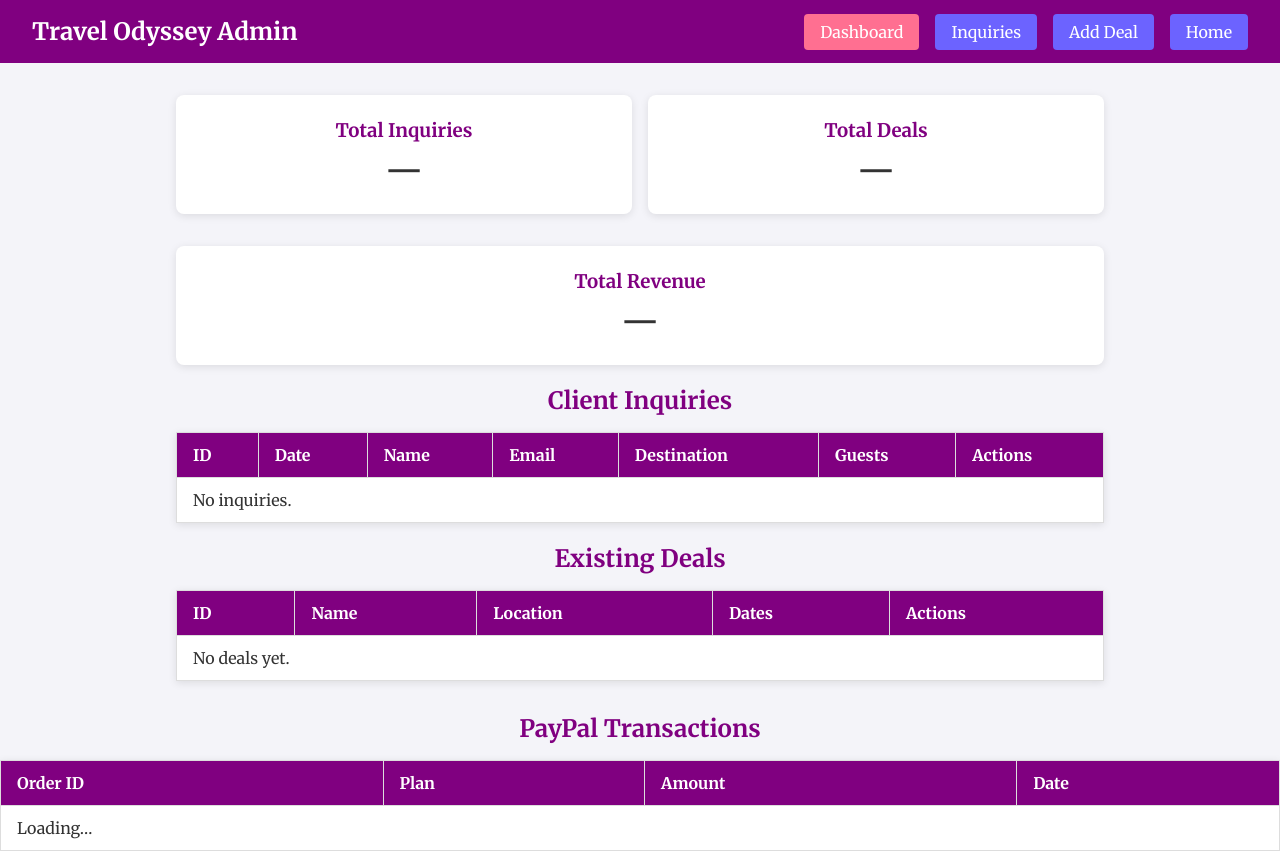
Repository: GHzPhoenix/Project-Odyssey
Page: Frontend/admin.html
These files come from the project's save history. The page is drawn as it stood at one moment and after the next save; the edit follows.
The browser window is 1280 px wide. The pictures show the whole page.
The page's requests for data from a server got no answer.

Above is the page before, as saved 2025-06-13 13:57:47.

### Frontend/admin.html
<!DOCTYPE html>
<html lang="en">
  <head>
    <meta charset="UTF-8" />
    <meta name="viewport" content="width=device-width,initial-scale=1.0" />
    <title>Admin Dashboard – Travel Odyssey</title>
    <link rel="stylesheet" href="/Frontend/css/admin.css" />
    <style>
      .kpi-container {
        display: flex;
        gap: 1rem;
        margin: 2rem 0;
        justify-content: center;
      }
      .kpi-card {
        flex: 1;
        background: white;
        padding: 1.5rem;
        border-radius: 8px;
        box-shadow: 0 2px 8px rgba(0, 0, 0, 0.1);
        text-align: center;
      }
      .kpi-card h3 {
        margin-bottom: 0.5rem;
        color: purple;
      }
      .kpi-card p {
        font-size: 2rem;
        font-weight: bold;
      }
    </style>
  </head>
  <body>
    <header>
      <nav>
        <div class="logo">Travel Odyssey Admin</div>
        <ul>
          <li><a href="admin.html" class="active">Dashboard</a></li>
          <li><a href="inquiries.html">Inquiries</a></li>
          <li><a href="add-deal.html">Add Deal</a></li>
          <li><a href="index.html">Home</a></li>
        </ul>
      </nav>
    </header>

    <main>
      <div class="kpi-container">
        <div class="kpi-card">
          <h3>Total Inquiries</h3>
          <p id="kpi-inquiries">–</p>
        </div>
        <div class="kpi-card">
          <h3>Total Deals</h3>
          <p id="kpi-deals">–</p>
        </div>
      </div>
      <div class="kpi-card">
        <h3>Total Revenue</h3>
        <p id="kpi-revenue">–</p>
      </div>
      <br />
      <h2 class="section">Client Inquiries</h2>
      <table id="inquiries-table">
        <thead>
          <tr>
            <th>ID</th>
            <th>Date</th>
            <th>Name</th>
            <th>Email</th>
            <th>Destination</th>
            <th>Guests</th>
            <th>Actions</th>
          </tr>
        </thead>
        <tbody>
          <tr>
            <td colspan="7">Loading…</td>
          </tr>
        </tbody>
      </table>
      <br />
      <h2 class="section">Existing Deals</h2>
      <table id="deals-table">
        <thead>
          <tr>
            <th>ID</th>
            <th>Name</th>
            <th>Location</th>
            <th>Dates</th>
            <th>Actions</th>
          </tr>
        </thead>
        <tbody>
          <tr>
            <td colspan="5">Loading…</td>
          </tr>
        </tbody>
      </table>
    </main>

    <div id="deal-modal" class="modal-overlay">
      <div class="modal">
        <h2>Edit Deal</h2>
        <form id="modal-form">
          <div class="input-group">
            <label>Name</label>
            <input type="text" name="name" required />
          </div>
          <div class="input-group">
            <label>Location</label>
            <input type="text" name="location" required />
          </div>
          <div class="input-group">
            <label>Activities</label>
            <input type="text" name="activities" required />
          </div>
          <div class="input-group">
            <label>Start Date</label>
            <input type="date" name="start_date" required />
          </div>
          <div class="input-group">
            <label>End Date</label>
            <input type="date" name="end_date" required />
          </div>
          <div class="modal-actions">
            <button type="button" id="modal-cancel">Cancel</button>
            <button type="submit" id="modal-save">Save</button>
          </div>
        </form>
      </div>
    </div>
    <div class="transactions-section">
      <h2 class="section">PayPal Transactions</h2>
      <table id="transactions-table">
        <thead>
          <tr>
            <th>Order ID</th>
            <th>Plan</th>
            <th>Amount</th>
            <th>Date</th>
          </tr>
        </thead>
        <tbody>
          <tr>
            <td colspan="4">Loading…</td>
          </tr>
        </tbody>
      </table>
    </div>

    <script>
      const token = localStorage.getItem("token") || "";
      let inquiries = [],
        deals = [];

      async function fetchJSON(url, opts = {}) {
        opts.headers = {
          ...(opts.headers || {}),
          "Content-Type": "application/json",
          Authorization: "Bearer " + token,
        };
        const res = await fetch(url, opts);
        if (!res.ok) throw await res.json();
        return res.json();
      }

      async function loadDashboard() {
        try {
          inquiries = await fetchJSON("http://127.0.0.1:5001/api/inquiries");
          document.getElementById("kpi-inquiries").textContent =
            inquiries.length;
        } catch {
          document.getElementById("kpi-inquiries").textContent = "—";
        }
        try {
          deals = await fetchJSON("http://127.0.0.1:5001/api/deals");
          document.getElementById("kpi-deals").textContent = deals.length;
        } catch {
          document.getElementById("kpi-deals").textContent = "—";
        }
        try {
          const txns = await fetchJSON(
            "http://127.0.0.1:5001/api/paypal/transactions"
          );
          let total = 0;
          const tbodyT = document.querySelector("#transactions-table tbody");
          tbodyT.innerHTML = txns.length
            ? txns
                .map((o) => {
                  total += parseFloat(o.amount);
                  const d = new Date(o.create_time).toLocaleString();
                  return `<tr>
              <td>${o.id}</td><td>${o.reference_id}</td>
              <td>${o.amount} ${o.currency}</td>
              <td>${d}</td>
            </tr>`;
                })
                .join("")
            : "<tr><td colspan='4'>No transactions.</td></tr>";
          document.getElementById("kpi-revenue").textContent =
            "€" + total.toFixed(2);
        } catch {
          document.getElementById("kpi-revenue").textContent = "—";
        }
        const inTbody = document.querySelector("#inquiries-table tbody");
        if (!inquiries.length) {
          inTbody.innerHTML = "<tr><td colspan='7'>No inquiries.</td></tr>";
        } else {
          inTbody.innerHTML = inquiries
            .map((i) => {
              const date = new Date(i.created_at).toLocaleDateString();
              return `
              <tr>
                <td>${i.id}</td>
                <td>${date}</td>
                <td>${i.name}</td>
                <td>${i.email}</td>
                <td>${i.destination}</td>
                <td>${i.guests}</td>
                <td>
                  <button class="action create-from-inquiry"
                    data-loc="${encodeURIComponent(i.destination)}"
                    data-acts="${encodeURIComponent(i.preferences || "")}">
                    Create Deal
                  </button>
                </td>
              </tr>`;
            })
            .join("");
          inTbody.querySelectorAll(".create-from-inquiry").forEach((btn) => {
            btn.onclick = () => {
              const loc = decodeURIComponent(btn.dataset.loc),
                acts = decodeURIComponent(btn.dataset.acts);
              const qs = new URLSearchParams({
                location: loc,
                activities: acts,
              });
              window.location.href = `add-deal.html?${qs}`;
            };
          });
        }

        const dTbody = document.querySelector("#deals-table tbody");
        if (!deals.length) {
          dTbody.innerHTML = "<tr><td colspan='5'>No deals yet.</td></tr>";
        } else {
          dTbody.innerHTML = deals
            .map((d) => {
              const from = new Date(d.start_date).toLocaleDateString(),
                to = new Date(d.end_date).toLocaleDateString();
              return `
              <tr data-id="${d.id}">
                <td>${d.id}</td>
                <td>${d.name}</td>
                <td>${d.location}</td>
                <td>${from} – ${to}</td>
                <td>
                  <button class="action edit-deal">Edit</button>
                  <button class="action delete-deal">Delete</button>
                </td>
              </tr>`;
            })
            .join("");
        }
      }

      document.addEventListener("DOMContentLoaded", () => {
        const overlay = document.getElementById("deal-modal");
        const form = document.getElementById("modal-form");
        const cancel = document.getElementById("modal-cancel");
        let editingId = null;

        document
          .getElementById("deals-table")
          .addEventListener("click", async (e) => {
            const tr = e.target.closest("tr");
            if (!tr) return;
            const id = tr.dataset.id;

            if (e.target.matches(".edit-deal")) {
              editingId = id;
              const deal = deals.find((d) => d.id == id);
              form.name.value = deal.name;
              form.location.value = deal.location;
              form.activities.value = deal.activities;
              form.start_date.value = deal.start_date;
              form.end_date.value = deal.end_date;
              overlay.classList.add("active");
            }

            if (
              e.target.matches(".delete-deal") &&
              confirm("Delete this deal?")
            ) {
              try {
                await fetchJSON(`http://127.0.0.1:5001/api/deals/${id}`, {
                  method: "DELETE",
                });
                await loadDashboard();
                alert("Deal deleted.");
              } catch (err) {
                alert(err.error || "Delete failed");
              }
            }
          });

        cancel.onclick = () => overlay.classList.remove("active");
        window.addEventListener("keydown", (e) => {
          if (e.key === "Escape") overlay.classList.remove("active");
        });

        form.onsubmit = async (ev) => {
          ev.preventDefault();
          const body = {
            name: form.name.value.trim(),
            location: form.location.value.trim(),
            activities: form.activities.value.trim(),
            start_date: form.start_date.value,
            end_date: form.end_date.value,
          };
          try {
            await fetchJSON(`http://127.0.0.1:5001/api/deals/${editingId}`, {
              method: "PUT",
              body: JSON.stringify(body),
            });
            overlay.classList.remove("active");
            await loadDashboard();
            alert("Deal updated.");
          } catch (err) {
            alert(err.error || "Update failed");
          }
        };

        loadDashboard();
      });
    </script>
  </body>
</html>

### Frontend/css/admin.css
@import url("https://fonts.googleapis.com/css2?family=Merriweather:wght@300;400;700&display=swap");

* {
  box-sizing: border-box;
  margin: 0;
  padding: 0;
}

body {
  font-family: "Merriweather", serif;
  background: #f4f4f9;
  color: #333;
}
.action {
  background: #6c63ff;
  color: white;
  border: none;
  padding: 0.4rem 0.8rem;
  border-radius: 4px;
  cursor: pointer;
  font-size: 0.9rem;
  transition: background 0.2s ease;
}
.action:hover {
  background: #5950d4;
}
.modal-overlay {
  display: none;
  position: fixed;
  inset: 0;
  background: rgba(0, 0, 0, 0.6);
  align-items: center;
  justify-content: center;
  z-index: 1000;
}
.modal-overlay.active {
  display: flex;
}
.modal {
  background: #fff;
  padding: 2rem;
  border-radius: 8px;
  width: 90%;
  max-width: 400px;
  box-shadow: 0 2rem 4rem rgba(0, 0, 0, 0.2);
}
.modal h2 {
  margin-bottom: 1rem;
  color: purple;
}
.modal .input-group {
  margin-bottom: 1rem;
}
.modal label {
  display: block;
  margin-bottom: 0.4rem;
  font-weight: 600;
}
.modal input[type="text"],
.modal input[type="date"] {
  width: 100%;
  padding: 0.5rem;
  border: 1px solid #ccc;
  border-radius: 4px;
}

.modal-actions {
  text-align: right;
  margin-top: 1rem;
}
.modal-actions button {
  background: #6c63ff;
  color: #fff;
  border: none;
  padding: 0.5rem 1rem;
  border-radius: 4px;
  cursor: pointer;
  margin-left: 0.5rem;
  transition: background 0.2s;
}
.modal-actions button#modal-cancel {
  background: #ccc;
  color: #333;
}
.modal-actions button:hover {
  background: #5950d4;
}

header nav {
  background: purple;
  padding: 1rem 2rem;
  display: flex;
  align-items: center;
  justify-content: space-between;
}

header nav .logo {
  color: white;
  font-size: 1.5rem;
  font-weight: bold;
}

header nav ul {
  list-style: none;
  display: flex;
  gap: 1rem;
}

header nav a {
  color: white;
  text-decoration: none;
  padding: 0.5rem 1rem;
  background: #6c63ff;
  border-radius: 4px;
  transition: background 0.2s;
}

header nav a.active,
header nav a:hover {
  background: #ff6f91;
}

main {
  max-width: 960px;
  margin: 2rem auto;
  padding: 0 1rem;
}

h1,
h2 {
  color: purple;
  margin-bottom: 1rem;
  text-align: center;
}

form {
  background: white;
  padding: 2rem;
  border-radius: 8px;
  box-shadow: 0 4px 12px rgba(0, 0, 0, 0.1);
}

form .input-group {
  margin-bottom: 1.25rem;
}

form label {
  display: block;
  margin-bottom: 0.4rem;
  font-weight: 600;
}

form input[type="text"],
form input[type="date"],
form input[type="number"],
form textarea {
  width: 100%;
  padding: 0.6rem;
  border: 1px solid #ccc;
  border-radius: 4px;
  font-size: 1rem;
}

form textarea {
  resize: vertical;
  min-height: 80px;
}

.file-input-label {
  display: inline-block;
  padding: 0.5rem 1rem;
  background: #007bff;
  color: white;
  border-radius: 4px;
  cursor: pointer;
  font-size: 0.9rem;
}

#file-chosen {
  margin-left: 0.5rem;
  font-size: 0.9rem;
  vertical-align: middle;
  color: #555;
}

input[type="file"] {
  display: none;
}

button[type="submit"] {
  background: #0b6623;
  color: white;
  padding: 0.7rem 1.4rem;
  border: none;
  border-radius: 4px;
  font-size: 1rem;
  cursor: pointer;
}

button[type="submit"]:hover {
  background: #095a1a;
}

#deal-message,
#inquiry-message {
  margin-top: 0.75rem;
  font-size: 0.9rem;
}

#deal-message.error,
#inquiry-message.error {
  color: #b00020;
}

#deal-message.success,
#inquiry-message.success {
  color: #0b6623;
}

table {
  width: 100%;
  border-collapse: collapse;
  background: white;
  margin-top: 1rem;
  box-shadow: 0 2px 8px rgba(0, 0, 0, 0.1);
}

th,
td {
  padding: 0.75rem 1rem;
  border: 1px solid #ddd;
  text-align: left;
}

th {
  background: purple;
  color: white;
  font-weight: 600;
}

tr:nth-child(even) td {
  background: #f9f9ff;
}

.inquiry-actions button {
  background: #6c63ff;
  color: white;
  border: none;
  padding: 0.4rem 0.8rem;
  border-radius: 4px;
  cursor: pointer;
  font-size: 0.9rem;
  margin-right: 0.5rem;
}

.inquiry-actions button:hover {
  background: #5950d4;
}

.deal-card {
  background: white;
  border-radius: 8px;
  box-shadow: 0 2px 8px rgba(0, 0, 0, 0.1);
  overflow: hidden;
  margin: 1rem 0;
  display: flex;
}

.deal-card img {
  width: 120px;
  object-fit: cover;
}

.deal-card-body {
  padding: 1rem;
  flex: 1;
}

.deal-card-body h3 {
  margin-bottom: 0.5rem;
}

.deal-card-body p {
  margin-bottom: 0.5rem;
}

.deal-card-body .card-button {
  background: #6c63ff;
  color: white;
  padding: 0.4rem 0.8rem;
  border-radius: 4px;
  text-decoration: none;
}

.deal-card-body .card-button:hover {
  background: #5950d4;
}

.button-link {
  display: inline-block;
  margin-top: 1.5rem;
  color: #6c63ff;
  text-decoration: underline;
}

After the next save:
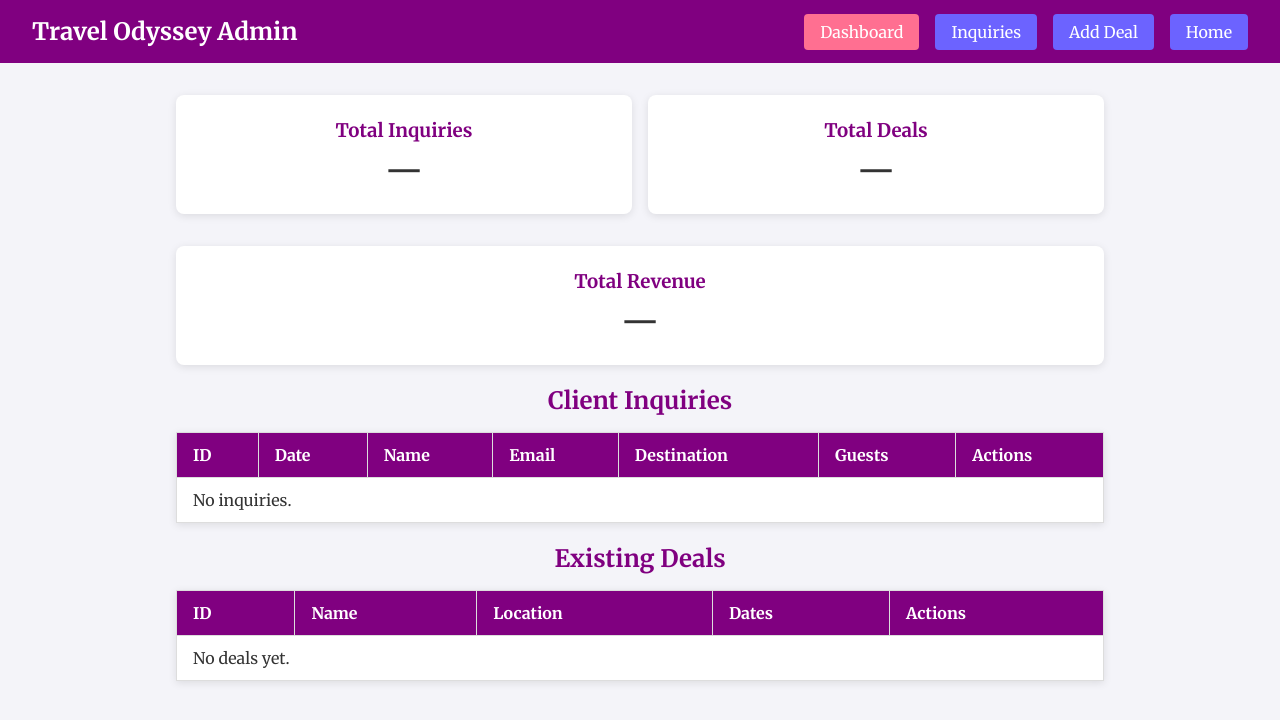
Saved 58 s later.
--- a/Frontend/admin.html
+++ b/Frontend/admin.html
@@ -122,6 +122,16 @@
             <label>End Date</label>
             <input type="date" name="end_date" required />
           </div>
+          <div class="input-group">
+            <label>Price (€)</label>
+            <input
+              type="number"
+              name="price"
+              required
+              min="0"
+              step="0.01"
+              placeholder="e.g. 199.99"
+            />
           <div class="modal-actions">
             <button type="button" id="modal-cancel">Cancel</button>
             <button type="submit" id="modal-save">Save</button>

After the save that followed:
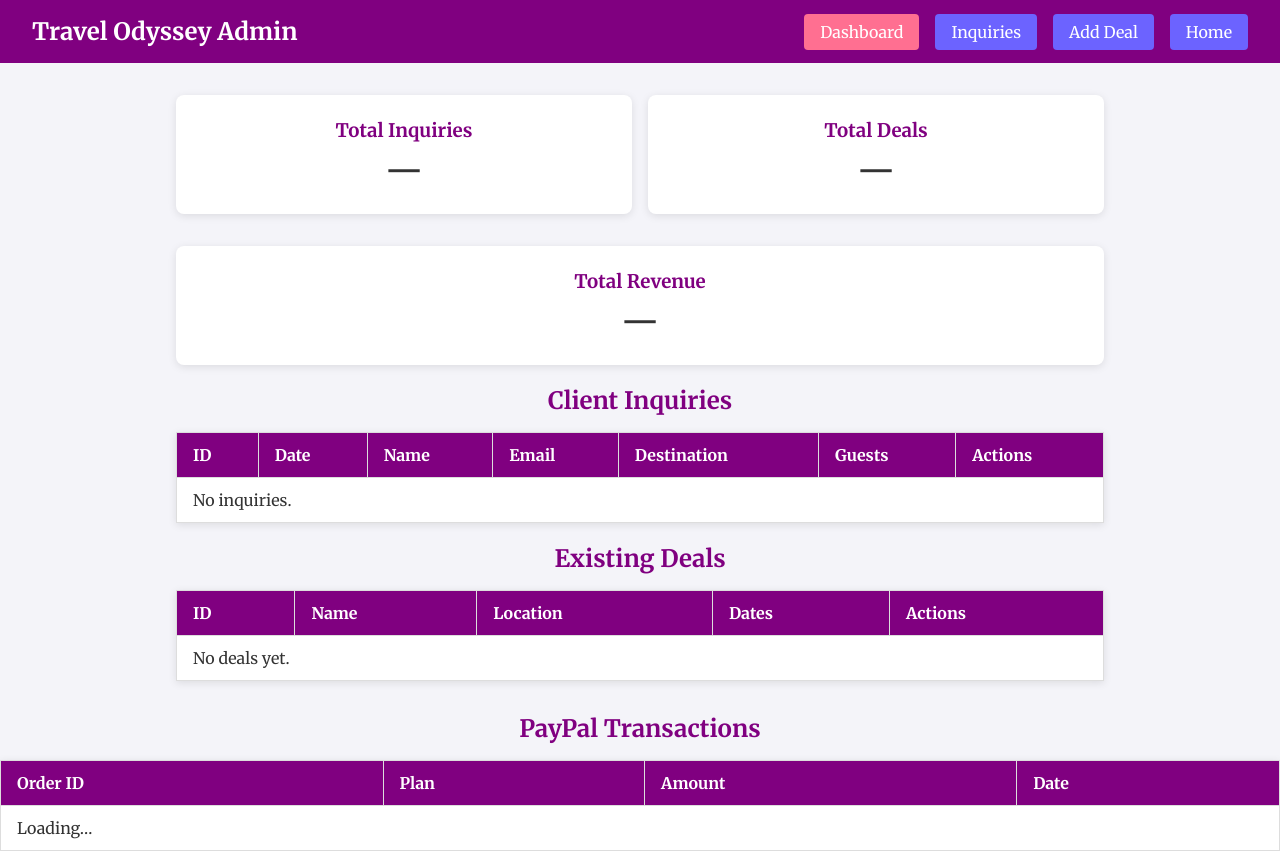
Saved 54 s later.
--- a/Frontend/admin.html
+++ b/Frontend/admin.html
@@ -132,6 +132,7 @@
               step="0.01"
               placeholder="e.g. 199.99"
             />
+          </div>
           <div class="modal-actions">
             <button type="button" id="modal-cancel">Cancel</button>
             <button type="submit" id="modal-save">Save</button>
